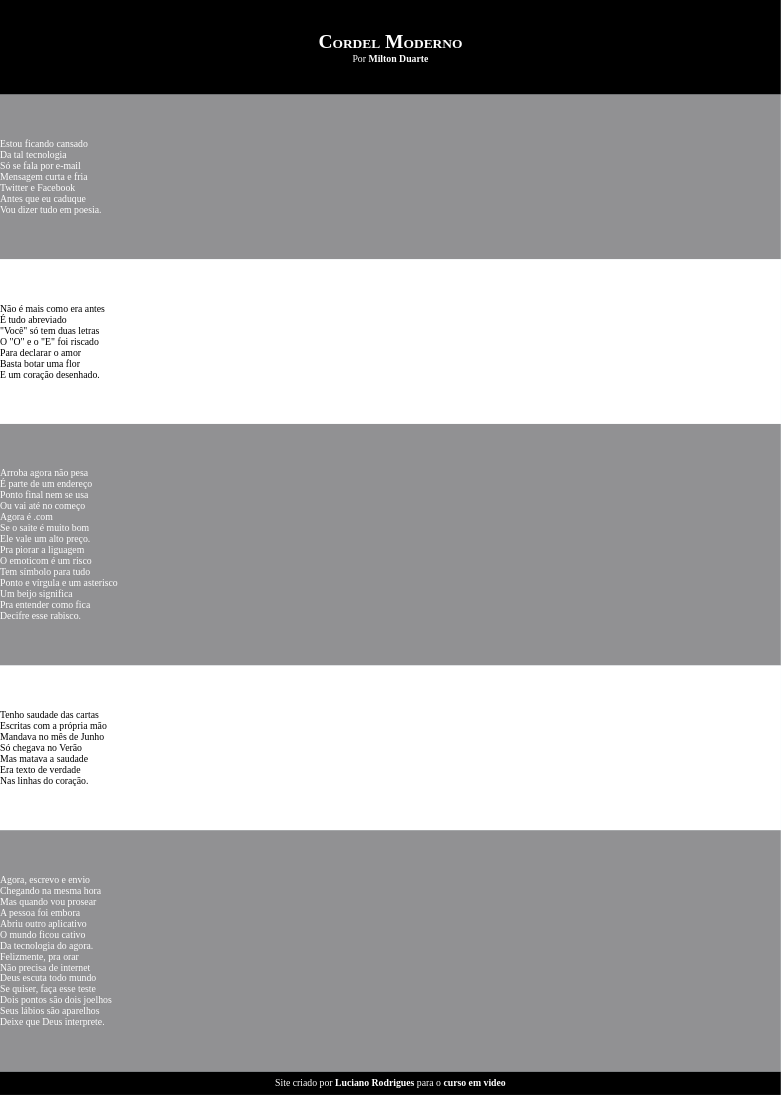
Repository: Lucianorodriguesdev/cursoHTML-CSS
Page: dasafios/index.html
The author's editor kept a copy of each file at every save. The page is drawn from the files as they stood at one save, then again after the next save.
The browser window is 1280 px wide. The pictures show the whole page, at 61% of full size.

Above is the page before, as saved 2026-06-17 09:34:17.

After the next save:
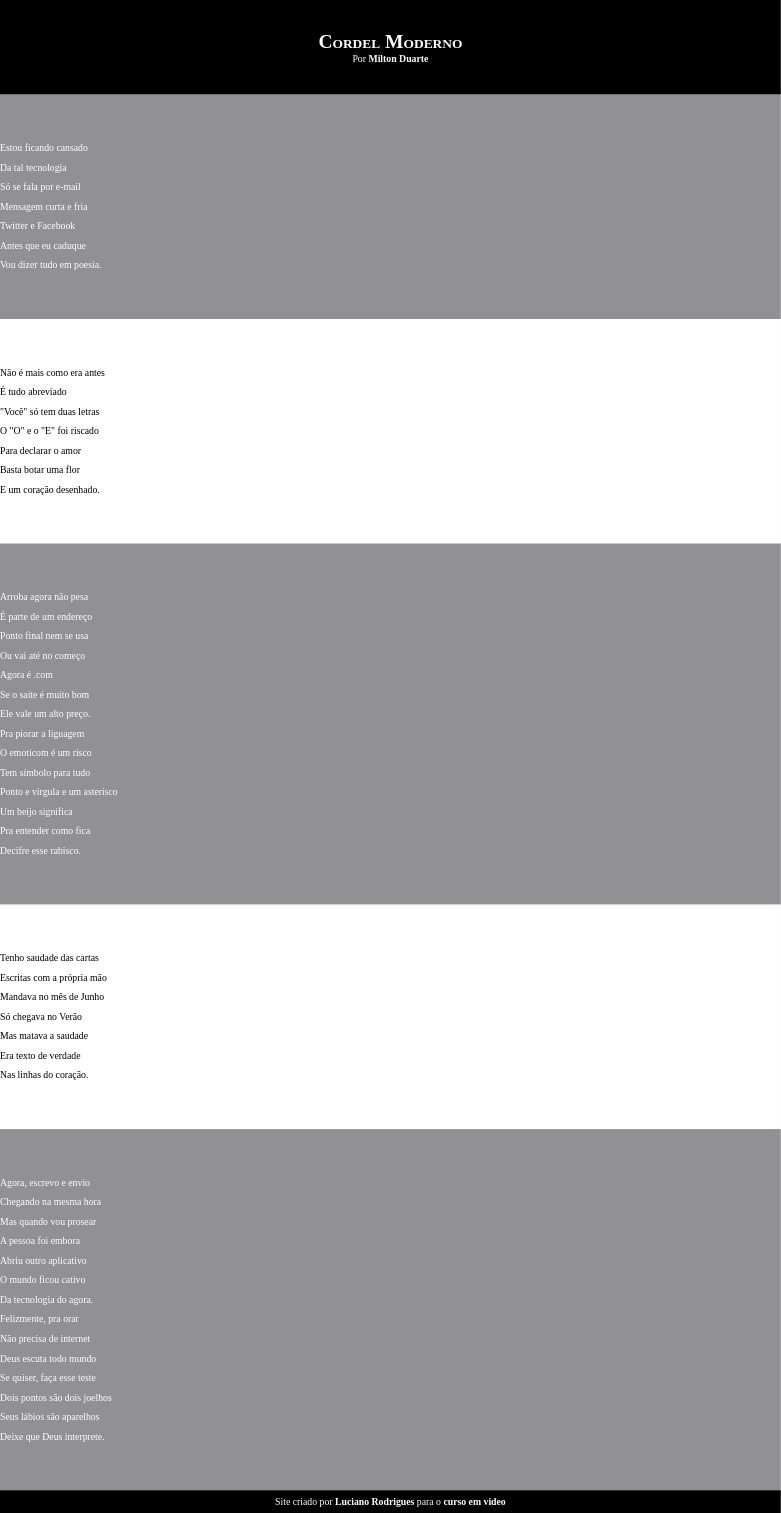
Saved 65 s later.
--- a/dasafios/estilo/style.css
+++ b/dasafios/estilo/style.css
@@ -26,6 +26,7 @@ header>p{
 section{
     padding-bottom: 10vh;
     padding-top: 10vh;
+    line-height: 2em;
 }
 section.normal{
     background-color: rgba(123, 121, 121, 0.803);
